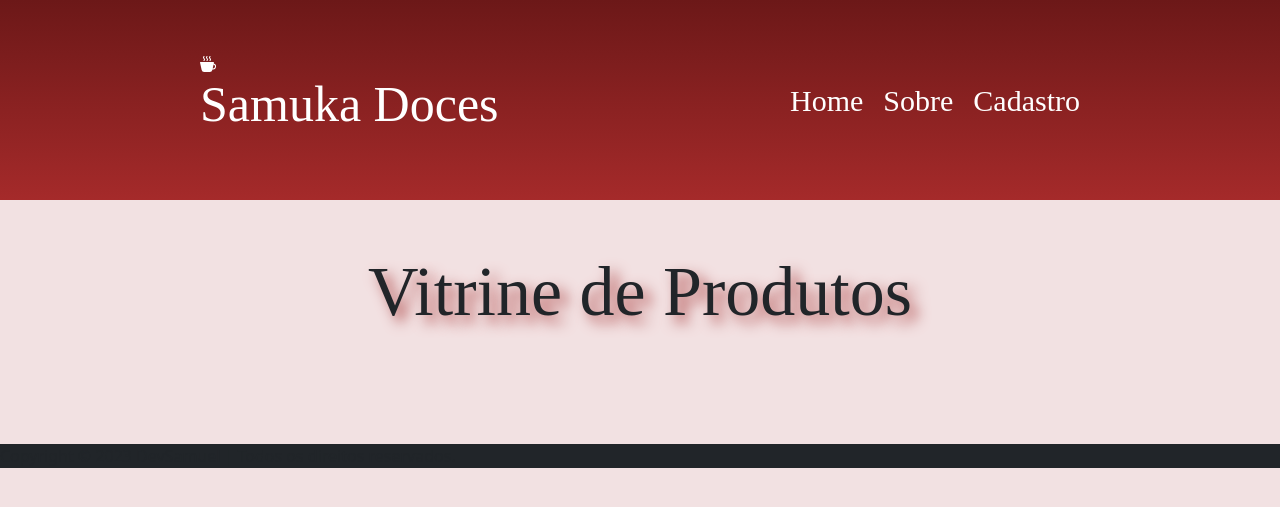
Repository: devsamuel23/github.io-doces_GIT
Page: /
These files come from the project's save history. The page is drawn as it stood at one moment and after a run of saves; the edit follows.
The browser window is 1280 px wide. The pictures show the whole page.
The page's requests for data from a server got no answer. The project was rebuilt for these pictures with package versions that can differ from the ones it lists, and the page was loaded fresh each time. No one was signed in, and anything a server would have sent is missing. Also part of the build but not shown: src/index.css, src/pages/Home/styles.css, src/pages/Home/index.js, src/pages/Sobre/index.js, src/pages/Cadastro/style.css, src/pages/Cadastro/index.js, src/pages/Erro/style.css, src/pages/Erro/index.js and 4 more.

Above is the page before, as saved 2023-04-14 20:56:15.

### public/index.html
<!DOCTYPE html>
<html lang="pt-br">
  <head>
    <meta charset="utf-8" />
    <link rel="icon" href="http://gg.gg/doceee" />
    <meta name="viewport" content="width=device-width, initial-scale=1" />


    <title>Samuka Doces</title>
  </head>
  <body>
    <noscript>You need to enable JavaScript to run this app.</noscript>
    <div id="root"></div>
  </body>
</html>

### src/index.js
import React from 'react';
import ReactDOM from 'react-dom/client';
import './index.css';
import App from './App';

const root = ReactDOM.createRoot(document.getElementById('root'));
root.render(

    <App />

);

### src/App.js
import RoutesApp from "./routes";


function App() {
  return (
          <RoutesApp />

  );
}

export default App;

### src/routes.js
import { BrowserRouter, Routes, Route } from "react-router-dom";

import Home from "./pages/Home";
import Sobre from "./pages/Sobre";
import Cadastro from "./pages/Cadastro";
import Erro from "./pages/Erro";
import Produto from "./pages/Produto";
import Vitrine from "./pages/Vitrine";
import Detalhes from "./pages/Detalhes";

import Header from "./components/Header";
import Footer from "./components/Footer";

function RoutesApp() {
  return (
    <BrowserRouter>
      <Header />

      <Routes>
        <Route>
          {/* <Route path="/" element={<Home />} /> */}
          <Route path="/Sobre" element={<Sobre />} />
          <Route path="/" element={<Vitrine />} />
          <Route path="/Cadastro" element={<Cadastro />} />
          <Route path="/Produto/:id" element={<Produto />} />
          <Route path="/Detalhes" element={<Detalhes />} />

          <Route path="*" element={<Erro />} />
        </Route>
      </Routes>
      <Footer/>
    </BrowserRouter>
  );
}

export default RoutesApp;

### src/pages/Vitrine/index.js
import React, { useEffect, useState } from "react";
import api from '../../services/api';
import './../Vitrine/style.css'
import { useNavigate } from "react-router-dom";


function Body (){

  const [produtos, setProdutos] = useState([]);
  useEffect(() => {
    api.get(`https://63069afec0d0f2b8011f9944.mockapi.io/produtos/`)
       .then((response) => {
         console.log(response);
         setProdutos(response.data.slice(78, 86))
      })
      .catch((err) => {
        console.error("ops! ocorreu um erro : " + err);
      });
  }, [ ]);

  const navigate = useNavigate();

  // function iniciar(productId) {
  //   navigate(`/produto/${productId}`);


  //   }

    function handleClick(event) {
      // Details button
      if (event.target.dataset.action === "details_btn") {
        const id = event.target.dataset.id;
        const produto = produtos.find((prod) => prod.id === id);
        navigate(`/produto/${produto.id}`)
      }
    }
    return(
      <>
        <div className="vit">
          <h1>Vitrine de Produtos</h1>


        <div className="container-vitrine">
          {produtos.map((produto) => (
          <span key={produto.id} className="item-vitrine">
            <img className="img-sombra" src={produto.imagem} alt={produto.nome} />
          </span>
        ))}
        </div>

        <div className="cards-vitrine">
        {produtos.map((produto) => (
        <div key={produto.id} className="card">
          <img className="image" src={produto.imagem} alt={produto.nome} />
          <h2>{produto.nome}</h2>
          <button className="myButton" data-id={produto.id} data-action="details_btn" onClick={handleClick}>
            Detalhes
          </button>
        </div>
        ))}
        </div>
        </div>
      </>
    );
  }

  export default Body;

### src/components/Header/index.js
import { Link } from "react-router-dom";
import "./style.css";
import "bootstrap/dist/css/bootstrap.min.css";

function Header() {
  return (
    <header>
        <div className="logo">
      <svg
        xmlns="http://www.w3.org/2000/svg"
        width="16"
        height="16"
        fill="currentColor"
        className="bi bi-cup-hot-fill"
        viewBox="0 0 16 16"
      >
        <path
          fillRule="evenodd"
          d="M.5 6a.5.5 0 0 0-.488.608l1.652 7.434A2.5 2.5 0 0 0 4.104 16h5.792a2.5 2.5 0 0 0 2.44-1.958l.131-.59a3 3 0 0 0 1.3-5.854l.221-.99A.5.5 0 0 0 13.5 6H.5ZM13 12.5a2.01 2.01 0 0 1-.316-.025l.867-3.898A2.001 2.001 0 0 1 13 12.5Z"
        />
        <path d="m4.4.8-.003.004-.014.019a4.167 4.167 0 0 0-.204.31 2.327 2.327 0 0 0-.141.267c-.026.06-.034.092-.037.103v.004a.593.593 0 0 0 .091.248c.075.133.178.272.308.445l.01.012c.118.158.26.347.37.543.112.2.22.455.22.745 0 .188-.065.368-.119.494a3.31 3.31 0 0 1-.202.388 5.444 5.444 0 0 1-.253.382l-.018.025-.005.008-.002.002A.5.5 0 0 1 3.6 4.2l.003-.004.014-.019a4.149 4.149 0 0 0 .204-.31 2.06 2.06 0 0 0 .141-.267c.026-.06.034-.092.037-.103a.593.593 0 0 0-.09-.252A4.334 4.334 0 0 0 3.6 2.8l-.01-.012a5.099 5.099 0 0 1-.37-.543A1.53 1.53 0 0 1 3 1.5c0-.188.065-.368.119-.494.059-.138.134-.274.202-.388a5.446 5.446 0 0 1 .253-.382l.025-.035A.5.5 0 0 1 4.4.8Zm3 0-.003.004-.014.019a4.167 4.167 0 0 0-.204.31 2.327 2.327 0 0 0-.141.267c-.026.06-.034.092-.037.103v.004a.593.593 0 0 0 .091.248c.075.133.178.272.308.445l.01.012c.118.158.26.347.37.543.112.2.22.455.22.745 0 .188-.065.368-.119.494a3.31 3.31 0 0 1-.202.388 5.444 5.444 0 0 1-.253.382l-.018.025-.005.008-.002.002A.5.5 0 0 1 6.6 4.2l.003-.004.014-.019a4.149 4.149 0 0 0 .204-.31 2.06 2.06 0 0 0 .141-.267c.026-.06.034-.092.037-.103a.593.593 0 0 0-.09-.252A4.334 4.334 0 0 0 6.6 2.8l-.01-.012a5.099 5.099 0 0 1-.37-.543A1.53 1.53 0 0 1 6 1.5c0-.188.065-.368.119-.494.059-.138.134-.274.202-.388a5.446 5.446 0 0 1 .253-.382l.025-.035A.5.5 0 0 1 7.4.8Zm3 0-.003.004-.014.019a4.077 4.077 0 0 0-.204.31 2.337 2.337 0 0 0-.141.267c-.026.06-.034.092-.037.103v.004a.593.593 0 0 0 .091.248c.075.133.178.272.308.445l.01.012c.118.158.26.347.37.543.112.2.22.455.22.745 0 .188-.065.368-.119.494a3.198 3.198 0 0 1-.202.388 5.385 5.385 0 0 1-.252.382l-.019.025-.005.008-.002.002A.5.5 0 0 1 9.6 4.2l.003-.004.014-.019a4.149 4.149 0 0 0 .204-.31 2.06 2.06 0 0 0 .141-.267c.026-.06.034-.092.037-.103a.593.593 0 0 0-.09-.252A4.334 4.334 0 0 0 9.6 2.8l-.01-.012a5.099 5.099 0 0 1-.37-.543A1.53 1.53 0 0 1 9 1.5c0-.188.065-.368.119-.494.059-.138.134-.274.202-.388a5.446 5.446 0 0 1 .253-.382l.025-.035A.5.5 0 0 1 10.4.8Z" />
      </svg>
      <h2 className="Slogan">Samuka Doces</h2>
      </div>

      <div className="menu">
        <Link to="/">Home</Link>
        <Link to="/Sobre">Sobre</Link>
        {/* <Link to="/Vitrine">Vitrine</Link> */}
        <Link to="/Cadastro">Cadastro</Link>

      </div>
    </header>
  );
}

export default Header;

### src/components/Footer/index.js
import "./style.css"
import "bootstrap/dist/css/bootstrap.min.css";

function Footer() {
  return (
    <div className="bg-dark" text-light>
        Copyright © 2023 DevSamuel | Todos os direitos reservados.
    </div>
  )
}

export default Footer;

### src/services/api.js
import axios from 'axios';

const api = axios.create({
    baseURL :'https://63069afec0d0f2b8011f9944.mockapi.io/produtos/'
});

export default api;

### src/pages/Vitrine/style.css
body {
    background-color: #f2e1e2;
}

.vit {
    padding: 50px 200px;
}

.vit h1 {
    text-align: center;
    font-size: 70px;
    font-family: alex brush;
    text-shadow: rgb(175, 76, 76) 0.1em 0.1em 0.2em;
}

.container-vitrine {
    display: grid;
    grid-template-columns: repeat(4, 20%);
    grid-auto-rows: 300px;
    justify-content: center;
    margin-top: 60px;
}

.item-vitrine{
    display: block;
    overflow: hidden;
    width: 250px;
    height: 250px;
    border-width: 20px;
    border-style: solid;
    border-image: linear-gradient(0deg, #c05080, #bc827b) 1;
}

.item-vitrine img{
    width: 100%;
    height: 100%;
    object-fit: cover;
}
.img-sombra {
    box-shadow: 7px 7px 13px 10px rgba(20, 30, 40, 0.22);
}

.cards-vitrine{
    display: flex;
    flex-wrap: wrap;
}

.card {
    border-radius: 5px;
    box-shadow: 7px 7px 13px 0px rgb(170, 52, 52);
    padding: 30px;
    margin: 20px;
    width: 400px;
    transition: all 0.3s ease-out;
    justify-content: space-around;
}
.image{
    max-height: 250px;
    border-radius: 50%;
}
.card h2{
    font-weight: bold;
   text-align: center;
   padding: 30px 0;

}

.myButton {
	box-shadow: 3px 4px 0px 0px #899599;
	background:linear-gradient(to bottom, #ededed 5%, #bab1ba 100%);
	background-color:#ededed;
	border-radius:15px;
	border:1px solid #d6bcd6;
	display:inline-block;
	cursor:pointer;
	color:#3a8a9e;
	font-family:Arial;
	font-size:20px;
	padding:7px 25px;
	text-decoration:none;
	text-shadow:0px 1px 0px #e1e2ed;
}
.myButton:hover {
	background:linear-gradient(to bottom, #bab1ba 5%, #ededed 100%);
	background-color:#bab1ba;
}
.myButton:active {
	position:relative;
	top:1px;
}

### src/components/Header/style.css
* {
  margin: 0;
  padding: 0;
  box-sizing: border-box;
}

div .logo{
  width: 100%;
  height: 100px;
}
.Slogan{
    font-family: alex brush;
    font-size: 50px;
    width: auto;
    height: 100%;
    color: #FFF;
}
header{
  width: 100%;
  height: auto;
  background: rgb(165,42,42);
  background: linear-gradient(0deg, rgba(165,42,42,1) 0%, rgba(108,24,24,1) 100%);
  color: #FFF;

  display: flex;
  align-items: center;
  justify-content: space-between;
  padding: 50px 200px ;
}

header a{
  color: #FFF;
  font-size: 30px;
  font-family: alex brush;
  text-decoration: none;
}

header a + a{
  margin-left: 20px;
}

header a:hover{
  text-decoration: underline;
  color: #f2e1e2;
}

After the next 2 saves:
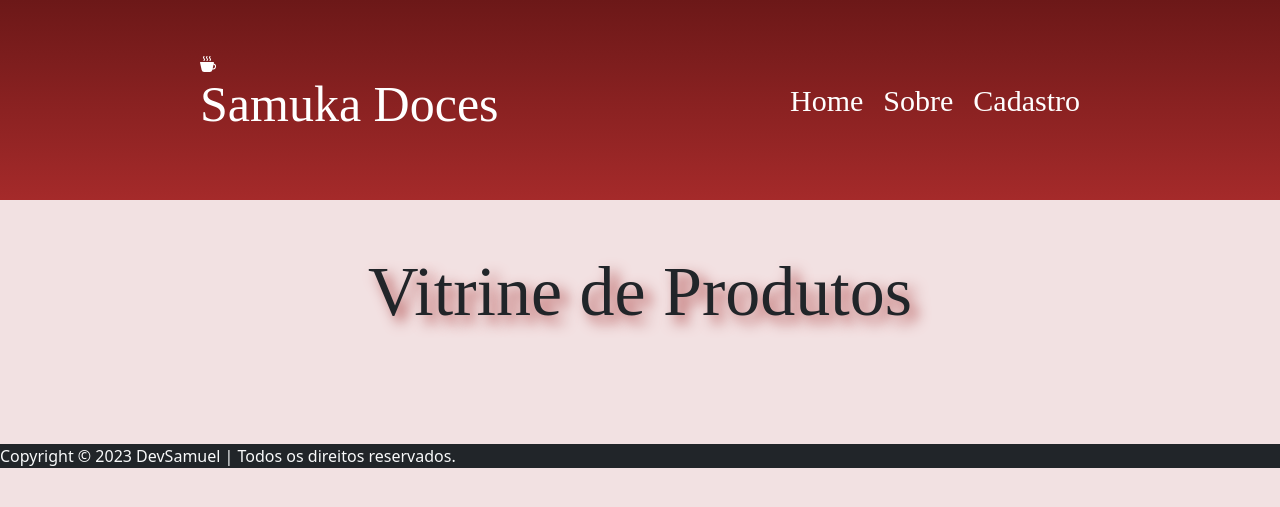
The 2 saves are shown as one change because they came seconds apart.
The last was saved 14 s later.
--- a/src/components/Footer/index.js
+++ b/src/components/Footer/index.js
@@ -3,7 +3,7 @@ import "bootstrap/dist/css/bootstrap.min.css";
 
 function Footer() {
   return (
-    <div className="bg-dark" text-light>
+    <div className="bg-dark text-light" >
         Copyright © 2023 DevSamuel | Todos os direitos reservados.
     </div>
   )
